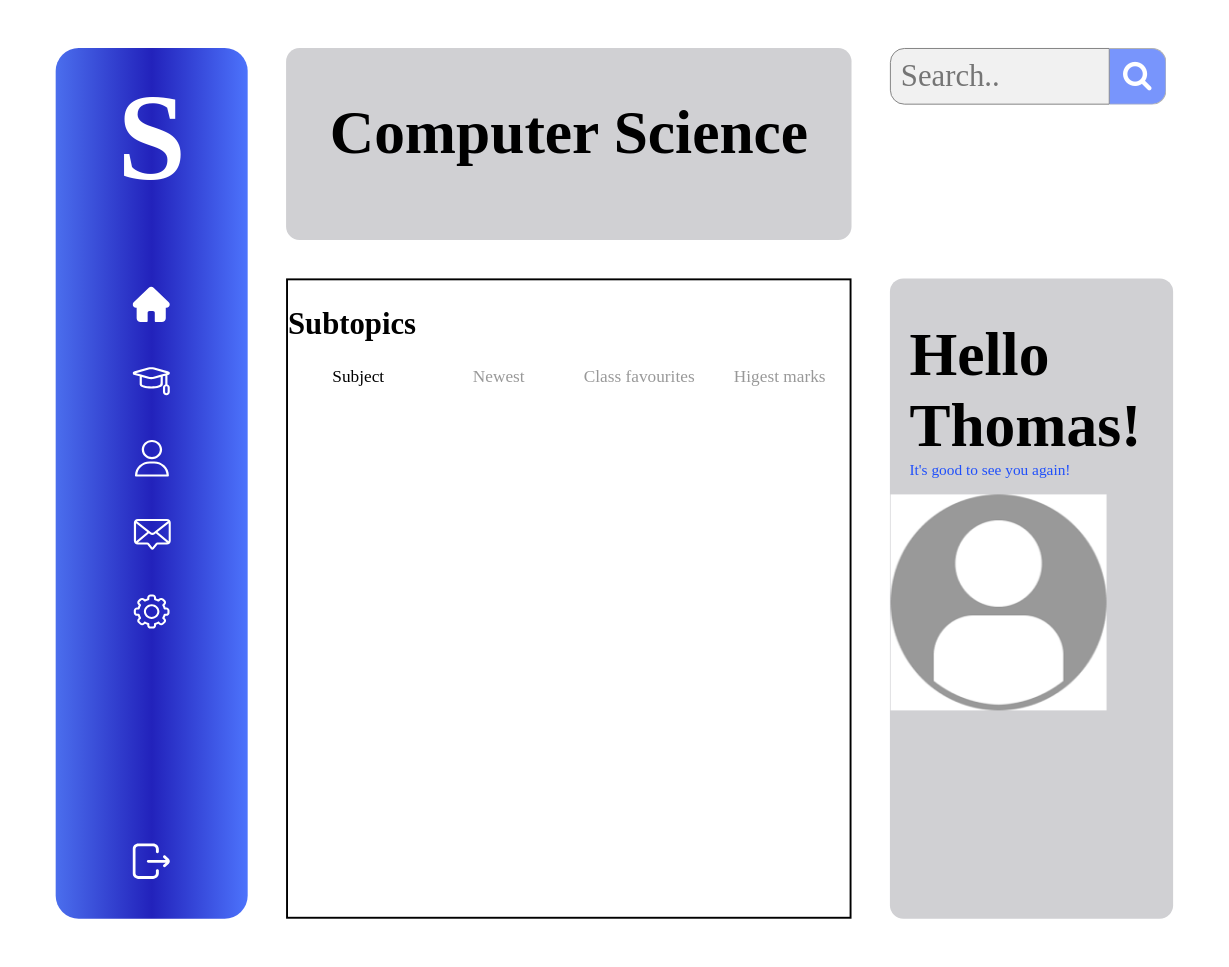
Repository: rafalzacher1/smartify-interface
Page: topics.html
An editor plug-in stored every save of this project. The page is shown before and after a run of saves, followed by the edit.
The browser window is 1280 px wide. The pictures show the whole page, at 96% of full size.
Some web fonts or font styles are not loaded; a fallback is used.

Above is the page before, as saved 2022-06-30 17:50:59.

### topics.html
<!DOCTYPE html>
<html lang="en">

<head>
    <link rel="stylesheet" href="./styles/home.css">
    <link rel="stylesheet" href="./styles/navigation.css">
    <link rel="stylesheet" href="./styles/search.css">
    <link rel="stylesheet" href="./styles/topics.css">
    <link rel="stylesheet" href="./styles/topic-header.css">
    <link rel="stylesheet" href="./styles/topic-teacher.css">
    <link rel="stylesheet" href="https://cdnjs.cloudflare.com/ajax/libs/font-awesome/4.7.0/css/font-awesome.min.css">
    <link href='https://fonts.googleapis.com/css?family=Baloo Bhai' rel='stylesheet'>
</head>

<body>
    <div id="main-container">
        <div id="navigation-container">
            <h1>S</h1>

            <nav id="navigation-options">
                <svg width="27" height="25" viewBox="0 0 27 25" fill="none" xmlns="http://www.w3.org/2000/svg" onclick="document.location='./index.html'">
                    <path
                        d="M25.5018 10.9867C25.5012 10.9862 25.5006 10.9856 25.5 10.985L14.8668 0.890976C14.4135 0.460518 13.8109 0.223389 13.17 0.223389C12.529 0.223389 11.9264 0.460329 11.473 0.890787L0.845318 10.9797C0.841738 10.9831 0.838158 10.9867 0.834579 10.9901C-0.0961545 11.8788 -0.0945635 13.3206 0.839153 14.207C1.26574 14.6122 1.82915 14.8469 2.43154 14.8714C2.456 14.8737 2.48066 14.8748 2.50552 14.8748H2.92932V22.3034C2.92932 23.7734 4.1892 24.9694 5.73803 24.9694H9.89809C10.3197 24.9694 10.6618 24.6449 10.6618 24.2444V18.4204C10.6618 17.7496 11.2365 17.204 11.9431 17.204H14.3968C15.1034 17.204 15.6782 17.7496 15.6782 18.4204V24.2444C15.6782 24.6449 16.02 24.9694 16.4419 24.9694H20.6019C22.1508 24.9694 23.4106 23.7734 23.4106 22.3034V14.8748H23.8036C24.4444 14.8748 25.047 14.6379 25.5006 14.2074C26.4353 13.3195 26.4357 11.8752 25.5018 10.9867V10.9867Z"
                        fill="white" />
                </svg>

                <svg width="29" height="22" viewBox="0 0 29 22" fill="none" xmlns="http://www.w3.org/2000/svg">
                    <path
                        d="M26.4228 13.5237V6.40629L26.734 6.31764C27.9305 5.97676 28.1816 5.39965 28.1816 4.97552C28.1816 4.55139 27.9304 3.97428 26.734 3.63356L16.4958 0.717713C15.8653 0.538127 15.0388 0.43924 14.1689 0.43924C13.299 0.43924 12.4726 0.538127 11.8419 0.717713L1.60382 3.63356C0.407257 3.97428 0.156067 4.55139 0.156067 4.97557C0.156067 5.3997 0.407202 5.97686 1.60376 6.31769L5.43281 7.4082V13.2841C5.43281 14.0138 5.93239 15.0416 8.31243 15.7947C9.88887 16.2936 11.9687 16.5683 14.1688 16.5683C16.3689 16.5683 18.4487 16.2936 20.0252 15.7947C22.4053 15.0415 22.9049 14.0138 22.9049 13.2841V7.40825L24.7806 6.87402V13.5237C23.7595 13.8501 23.0217 14.767 23.0217 15.8451V19.1846C23.0217 20.5351 24.179 21.6338 25.6017 21.6338C27.0242 21.6338 28.1816 20.5351 28.1816 19.1846V15.8451C28.1817 14.767 27.4439 13.8501 26.4228 13.5237ZM12.3137 2.21089C12.7886 2.07563 13.4647 1.9981 14.1689 1.9981C14.873 1.9981 15.5492 2.07563 16.024 2.21084L25.7315 4.97557L21.8438 6.08282C21.8416 6.08349 21.8394 6.08406 21.8372 6.08474L16.024 7.74036C15.5493 7.87556 14.8731 7.95309 14.169 7.95309C13.4649 7.95309 12.7886 7.87556 12.3138 7.74036L6.50073 6.08474C6.49849 6.08406 6.4963 6.08349 6.49405 6.08282L2.60639 4.97557L12.3137 2.21089ZM21.2629 11.2372C21.2629 13.3846 20.9647 13.8541 19.506 14.3157C18.0926 14.763 16.1971 15.0093 14.1689 15.0093C12.1406 15.0093 10.2452 14.763 8.83178 14.3157C7.37313 13.8541 7.07493 13.3845 7.07493 13.2841V7.87582L11.842 9.23348C12.4726 9.41307 13.299 9.51196 14.1689 9.51196C15.0388 9.51196 15.8652 9.41307 16.4959 9.23348L21.2629 7.87582V11.2372ZM26.5395 19.1845C26.5395 19.6754 26.1188 20.0748 25.6017 20.0748C25.0846 20.0748 24.6639 19.6755 24.6639 19.1845V15.845C24.6639 15.3541 25.0846 14.9546 25.6017 14.9546C26.1189 14.9546 26.5395 15.3541 26.5395 15.845V19.1845Z"
                        fill="white" />
                </svg>

                <svg width="24" height="26" viewBox="0 0 24 26" fill="none" xmlns="http://www.w3.org/2000/svg">
                    <path
                        d="M12.1698 0.827911C8.37379 0.827911 5.28546 3.75975 5.28546 7.36343C5.28546 10.9671 8.37379 13.899 12.1698 13.899C15.9659 13.899 19.0542 10.9671 19.0542 7.36343C19.0542 3.75975 15.9659 0.827911 12.1698 0.827911ZM12.1698 12.4466C9.21735 12.4466 6.81532 10.1663 6.81532 7.36343C6.81532 4.56057 9.21735 2.28025 12.1698 2.28025C15.1223 2.28025 17.5243 4.56057 17.5243 7.36343C17.5243 10.1663 15.1223 12.4466 12.1698 12.4466Z"
                        fill="white" />
                    <path
                        d="M20.7353 18.1686C18.8505 16.3518 16.3519 15.3513 13.6997 15.3513H10.64C7.98784 15.3513 5.48917 16.3518 3.60439 18.1686C1.72883 19.9765 0.695923 22.3628 0.695923 24.8883C0.695923 25.2894 1.03841 25.6145 1.46085 25.6145H22.8789C23.3013 25.6145 23.6438 25.2894 23.6438 24.8883C23.6438 22.3628 22.6109 19.9765 20.7353 18.1686ZM2.25944 24.1621C2.64267 20.043 6.25497 16.8036 10.64 16.8036H13.6997C18.0848 16.8036 21.6971 20.043 22.0803 24.1621H2.25944Z"
                        fill="white" />
                </svg>


                <svg width="27" height="23" viewBox="0 0 27 23" fill="none" xmlns="http://www.w3.org/2000/svg">
                    <path
                        d="M24.1913 0.381134H3.77551C2.23533 0.381134 0.9823 1.57067 0.9823 3.0328V15.7608C0.9823 17.223 2.23533 18.4125 3.77551 18.4125H10.353C10.4332 18.4125 10.5096 18.4491 10.5573 18.5105L12.957 21.5991C13.1975 21.9087 13.5678 22.0872 13.9729 22.089H13.979C14.3819 22.089 14.7514 21.9139 14.9937 21.608L17.4479 18.5087C17.4956 18.4484 17.5715 18.4124 17.6509 18.4124H24.1913C25.7315 18.4124 26.9845 17.2229 26.9845 15.7608V3.03276C26.9845 1.57063 25.7315 0.381134 24.1913 0.381134ZM25.4609 15.7608C25.4609 15.8747 25.4439 15.9848 25.4127 16.0892L17.5863 9.57636L25.4609 3.37251V15.7608ZM24.1913 1.8275C24.4235 1.8275 24.6413 1.88728 24.8287 1.99108L14.7964 9.8948C14.3265 10.265 13.6446 10.265 13.1747 9.8948L3.14064 1.98969C3.32753 1.88675 3.54433 1.8275 3.77551 1.8275H24.1913ZM2.55416 16.0892C2.52293 15.9848 2.50587 15.8747 2.50587 15.7608V3.36913L10.3826 9.57457L2.55416 16.0892ZM16.2301 17.6396L13.9808 20.4801L11.7834 17.6519C11.4498 17.2225 10.915 16.9661 10.3529 16.9661H3.81172L11.5698 10.5099L12.2017 11.0078C12.7186 11.415 13.3519 11.6185 13.9855 11.6185C14.6189 11.6185 15.2525 11.4148 15.7693 11.0078L16.399 10.5117L24.155 16.9661H17.6509C17.0952 16.9661 16.5641 17.2178 16.2301 17.6396Z"
                        fill="white" />
                </svg>

                <svg width="28" height="25" viewBox="0 0 28 25" fill="none" xmlns="http://www.w3.org/2000/svg">
                    <path
                        d="M14.8013 24.9227H13.1654C11.8422 24.9227 10.7657 23.9008 10.7657 22.6447V22.1193C10.2032 21.9486 9.65665 21.7333 9.13159 21.4753L8.73937 21.8477C7.7894 22.7506 6.2677 22.7241 5.34533 21.8473L4.18907 20.7497C3.26507 19.8735 3.23849 18.4294 4.18937 17.5277L4.58129 17.1556C4.30958 16.6571 4.08276 16.1384 3.90299 15.6043H3.34958C2.02648 15.6043 0.949951 14.5823 0.949951 13.3262V11.7731C0.949951 10.517 2.02648 9.4951 3.34963 9.4951H3.90304C4.08281 8.96103 4.30963 8.44223 4.58134 7.94378L4.18912 7.57148C3.2388 6.67028 3.26502 5.22602 4.18942 4.34942L5.34579 3.2517C6.2703 2.37283 7.79164 2.35089 8.73978 3.25199L9.13165 3.624C9.6567 3.3661 10.2032 3.15073 10.7658 2.98007V2.4547C10.7658 1.1986 11.8422 0.176666 13.1654 0.176666H14.8014C16.1245 0.176666 17.201 1.1986 17.201 2.4547V2.98012C17.7636 3.15073 18.3101 3.3661 18.8351 3.62405L19.2274 3.2517C20.1773 2.34876 21.699 2.37525 22.6214 3.25204L23.7777 4.34966C24.7017 5.22587 24.7283 6.66999 23.7774 7.57172L23.3854 7.94378C23.6572 8.44223 23.884 8.96098 24.0637 9.4951H24.6172C25.9403 9.4951 27.0168 10.517 27.0168 11.7731V13.3262C27.0168 14.5823 25.9403 15.6043 24.6172 15.6043H24.0637C23.884 16.1383 23.6572 16.6571 23.3854 17.1556L23.7777 17.5279C24.728 18.4291 24.7018 19.8734 23.7774 20.75L22.621 21.8477C21.6965 22.7266 20.1751 22.7485 19.227 21.8474L18.8351 21.4754C18.3101 21.7333 17.7636 21.9487 17.201 22.1193V22.6448C17.201 23.9008 16.1245 24.9227 14.8013 24.9227V24.9227ZM9.38692 19.9527C10.1163 20.3622 10.9014 20.6716 11.7203 20.8722C12.0575 20.9548 12.2931 21.2436 12.2931 21.5742V22.6447C12.2931 23.1013 12.6845 23.4727 13.1654 23.4727H14.8014C15.2824 23.4727 15.6737 23.1013 15.6737 22.6447V21.5742C15.6737 21.2436 15.9093 20.9548 16.2466 20.8722C17.0655 20.6716 17.8505 20.3622 18.5799 19.9527C18.8801 19.7842 19.2621 19.8301 19.5087 20.0641L20.3074 20.8224C20.6518 21.1497 21.2048 21.1421 21.5407 20.8227L22.6978 19.7243C23.0329 19.4066 23.0441 18.8815 22.6981 18.5535L21.899 17.7949C21.6525 17.5609 21.6042 17.1981 21.7817 16.9133C22.213 16.2208 22.5389 15.4756 22.7502 14.6981C22.8373 14.378 23.1414 14.1544 23.4897 14.1544H24.6172C25.0982 14.1544 25.4895 13.7829 25.4895 13.3263V11.7732C25.4895 11.3166 25.0982 10.9451 24.6172 10.9451H23.4897C23.1414 10.9451 22.8373 10.7214 22.7502 10.4013C22.5389 9.6239 22.213 8.87862 21.7817 8.18622C21.6042 7.90135 21.6525 7.53857 21.899 7.30454L22.6978 6.54626C23.0431 6.21886 23.0341 5.69397 22.6981 5.37541L21.5411 4.27707C21.2058 3.95827 20.6527 3.94894 20.3078 4.27678L19.5088 5.03535C19.2622 5.26942 18.88 5.31524 18.58 5.14675C17.8506 4.73724 17.0655 4.42786 16.2466 4.22724C15.9094 4.14464 15.6738 3.8559 15.6738 3.52526V2.4547C15.6738 1.99811 15.2824 1.62663 14.8014 1.62663H13.1655C12.6845 1.62663 12.2932 1.99811 12.2932 2.4547V3.52516C12.2932 3.8558 12.0576 4.14454 11.7203 4.22714C10.9014 4.42777 10.1164 4.73714 9.38697 5.14666C9.08679 5.3151 8.7047 5.26928 8.45818 5.03525L7.65948 4.27697C7.31511 3.94966 6.76205 3.95725 6.42619 4.27663L5.26911 5.37503C4.93401 5.69276 4.92281 6.21779 5.26881 6.54587L6.06787 7.30445C6.31438 7.53847 6.36265 7.90125 6.18522 8.18612C5.75385 8.87852 5.42801 9.62381 5.21667 10.4012C5.12961 10.7214 4.82547 10.945 4.47723 10.945H3.34963C2.86867 10.9451 2.47731 11.3165 2.47731 11.7731V13.3262C2.47731 13.7828 2.86867 14.1543 3.34963 14.1543H4.47718C4.82547 14.1543 5.12956 14.378 5.21662 14.6981C5.42796 15.4755 5.75385 16.2208 6.18517 16.9132C6.3626 17.1981 6.31433 17.5609 6.06782 17.7949L5.26906 18.5532C4.92378 18.8806 4.93279 19.4055 5.26876 19.724L6.42573 20.8224C6.76109 21.1412 7.31419 21.1505 7.65907 20.8226L8.45808 20.0641C8.63974 19.8917 9.01765 19.7454 9.38692 19.9527V19.9527Z"
                        fill="white" />
                    <path
                        d="M13.9834 17.9339C10.856 17.9339 8.31177 15.5185 8.31177 12.5497C8.31177 9.58082 10.856 7.16547 13.9834 7.16547C17.1107 7.16547 19.6549 9.58082 19.6549 12.5497C19.6549 15.5185 17.1107 17.9339 13.9834 17.9339ZM13.9834 8.61543C11.6982 8.61543 9.83912 10.3803 9.83912 12.5497C9.83912 14.719 11.6982 16.4839 13.9834 16.4839C16.2685 16.4839 18.1276 14.719 18.1276 12.5497C18.1276 10.3803 16.2685 8.61543 13.9834 8.61543Z"
                        fill="white" />
                </svg>


                <svg id="logout" width="27" height="26" viewBox="0 0 27 26" fill="none"
                    xmlns="http://www.w3.org/2000/svg">
                    <path
                        d="M18.5379 19.6672V21.6084C18.5379 23.7492 16.7034 25.4907 14.4484 25.4907H4.1734C1.91837 25.4907 0.0838623 23.7492 0.0838623 21.6084V4.52618C0.0838623 2.38541 1.91837 0.64386 4.1734 0.64386H14.4484C16.7034 0.64386 18.5379 2.38541 18.5379 4.52618V6.46734C18.5379 7.00343 18.0802 7.43792 17.5155 7.43792C16.9508 7.43792 16.4932 7.00343 16.4932 6.46734V4.52618C16.4932 3.45589 15.5758 2.58502 14.4484 2.58502H4.1734C3.04598 2.58502 2.12863 3.45589 2.12863 4.52618V21.6084C2.12863 22.6787 3.04598 23.5495 4.1734 23.5495H14.4484C15.5758 23.5495 16.4932 22.6787 16.4932 21.6084V19.6672C16.4932 19.1311 16.9508 18.6966 17.5155 18.6966C18.0802 18.6966 18.5379 19.1311 18.5379 19.6672ZM25.5083 11.4L23.2189 9.22667C22.8196 8.84753 22.1722 8.84753 21.773 9.22667C21.3736 9.60561 21.3736 10.2202 21.773 10.5991L23.4014 12.1452H11.1256C10.5609 12.1452 10.1032 12.5797 10.1032 13.1158C10.1032 13.6519 10.5609 14.0864 11.1256 14.0864H23.4014L21.773 15.6325C21.3736 16.0114 21.3736 16.626 21.773 17.005C21.9727 17.1945 22.2343 17.2893 22.4959 17.2893C22.7577 17.2893 23.0192 17.1945 23.2189 17.005L25.5083 14.8316C26.5049 13.8854 26.5049 12.3462 25.5083 11.4Z"
                        fill="white" />
                </svg>
            </nav>
        </div>

        <div id="search-container">
            <form class="example" action="/action_page.php" style="margin:auto;max-width:300px">
                <input type="text" placeholder="Search.." name="search2">
                <button type="submit"><i class="fa fa-search"></i></button>
            </form>
        </div>

        <div id="topic-header-container">
            <h1>Computer Science</h1>
        </div>

        <div id="topics-container">
            <div>
                <h2>Subtopics</h2>

                <div id="topic-options">
                    <button id="subject-option" class="topic-option" onclick="showSubjectTests()">Subject</button>
                    <button id="newest-option" class="topic-option" onclick="showNewstTests()"
                        style="opacity: 0.4;">Newest</button>
                    <button id="favourites-option" class="topic-option" onclick="showFavorites()"
                        style="opacity: 0.4;">Class favourites</button>
                    <button id="highest-marks-option" class="topic-option" onclick="showHighestMarks()"
                        style="opacity: 0.4;">Higest marks</button>
                </div>

            </div>
        </div>

        <div id="teacher-container">
            <div id="user-info">
                <h1>Hello Thomas!</h1>
                <p>It's good to see you again!</p>
            </div>

            <div id="user-pic">
                <img src="./img/user.png">
            </div>
        </div>
    </div>
</body>

<script src="./scripts/activeLinks.js">
</script>

</html>

### styles/home.css
#main-container {
    display: grid;
    grid-template-columns: 2fr 8fr 4fr;
    grid-template-rows: 200px 200px 200px;
    gap: 40px;
    margin: 50px;
}

### styles/navigation.css
#navigation-container {
  font-family: "Baloo Bhai";
  font-size: 26px;
  background: rgb(32, 80, 251);
  background: linear-gradient(
    90deg,
    rgba(30, 74, 233, 0.8) 0%,
    rgba(10, 10, 180, 0.9) 50%,
    rgba(32, 80, 251, 0.8) 100%
  );
  border-radius: 24px;
  width: 200px;
  height: 100%;
  text-align: center;
  display: inline-block;
  grid-column: 1;
  grid-row: 1 / 5;
}

#navigation-container h1 {
  font-family: "Baloo Bhai";
  font-size: 128px;
  color: #ffffff;
  margin: 0;
  padding-top: 20px;
  padding-bottom: 60px;
}

#navigation-options svg {
  margin-left: auto;
  margin-right: auto;
  display: block;
  padding: 20px;
  height: 40px;
  width: 40px;
}

#navigation-options svg:hover {
  opacity: 0.4;
  cursor: pointer;
}

#logout {
  margin-top: 180px;
  margin-bottom: 20px;
}

### styles/search.css
#search-container {
  grid-column: 3;
  grid-row: 1;
}

#search-container h2 {
  font-family: "Baloo Bhai";
  font-size: 16px;
}

form.example input[type="text"] {
  padding: 10px;
  font-size: 17px;
  border: 1px solid grey;
  float: left;
  width: 70%;
  background: #f1f1f1;
  border-radius: 15px 0 0 15px;
  font-family: "Baloo Bhai";
  font-size: 32px;
}

form.example button {
  float: left;
  width: 20%;
  padding: 10px;
  background: #2050fb;
  opacity: 0.6;
  color: white;
  font-size: 17px;
  border: 1px solid grey;
  border-left: none;
  cursor: pointer;
  border-radius: 0 15px 15px 0;
  font-family: "Baloo Bhai";
  font-size: 32px;
  box-sizing: border-box;
}

form.example button:hover {
  opacity: 1;
}

form.example::after {
  content: "";
  clear: both;
  display: table;
}

### styles/topics.css
#topics-container {
  grid-column: 2;
  grid-row: 2 / 5;
  border: solid 2px black;
}

#topics-container h2 {
  font-family: "Baloo Bhai";
  font-size: 32px;
}

#topic-options {
  display: flex;
  justify-content: space-between;
  font-family: "Baloo Bhai";
  font-size: 16px;
}

.topic-option,
input[type="submit"],
input[type="reset"] {
  background: none;
  color: inherit;
  border: none;
  padding: 0;
  font: inherit;
  cursor: pointer;
  outline: inherit;
  width: 30%;
  font-family: "Baloo Bhai";
  font-size: 18px;
}

### styles/topic-header.css
#topic-header-container {
  grid-column: 2;
  grid-row: 1;
  background-color: #d0d0d3;
  border-radius: 14px;
}

#topic-header-container h1 {
  font-family: "Baloo Bhai";
  font-size: 64px;
  margin: 51px 0;
  text-align: center;
}

### styles/topic-teacher.css
#teacher-container {
  grid-column: 3;
  grid-row: 2 / 5;
  background-color: #d0d0d3;
  border-radius: 14px;
}

#teacher-container h1 {
  font-family: "Baloo Bhai";
  font-size: 64px;
  margin-bottom: 0;
  padding-left: 20px;
}

#teacher-container p {
  color: #2050fb;
  font-family: "Baloo Bhai";
  font-size: 16px;
  margin-top: 0;
  padding-left: 20px;
}

#teacher img {
  border-radius: 50%;
}

### scripts/activeLinks.js
function showLearningHoursGraph() {
    document.getElementById("learning-hours-option").style.opacity = 1;
    document.getElementById("tests-option").style.opacity = 0.4;

    document.getElementById("learning-hours").style.display = "block";
    document.getElementById("tests").style.display = "none";
}

function showTestsGraph() {
    document.getElementById("learning-hours-option").style.opacity = 0.4;
    document.getElementById("tests-option").style.opacity = 1;

    document.getElementById("learning-hours").style.display = "none";
    document.getElementById("tests").style.display = "block";
}

function showSubjectTests() {
    document.getElementById("subject-option").style.opacity=1;

    document.getElementById("newest-option").style.opacity=0.4;
    document.getElementById("favourites-option").style.opacity=0.4;
    document.getElementById("highest-marks-option").style.opacity=0.4;
}

function showNewstTests() {
    document.getElementById("newest-option").style.opacity=1;

    document.getElementById("subject-option").style.opacity=0.4;
    document.getElementById("favourites-option").style.opacity=0.4;
    document.getElementById("highest-marks-option").style.opacity=0.4;
}

function showFavorites() {
    document.getElementById("favourites-option").style.opacity=1;

    document.getElementById("newest-option").style.opacity=0.4;
    document.getElementById("subject-option").style.opacity=0.4;
    document.getElementById("highest-marks-option").style.opacity=0.4;
}

function showHighestMarks() {
    document.getElementById("highest-marks-option").style.opacity=1;

    document.getElementById("newest-option").style.opacity=0.4;
    document.getElementById("favourites-option").style.opacity=0.4;
    document.getElementById("subject-option").style.opacity=0.4;
}

After the next 2 saves:
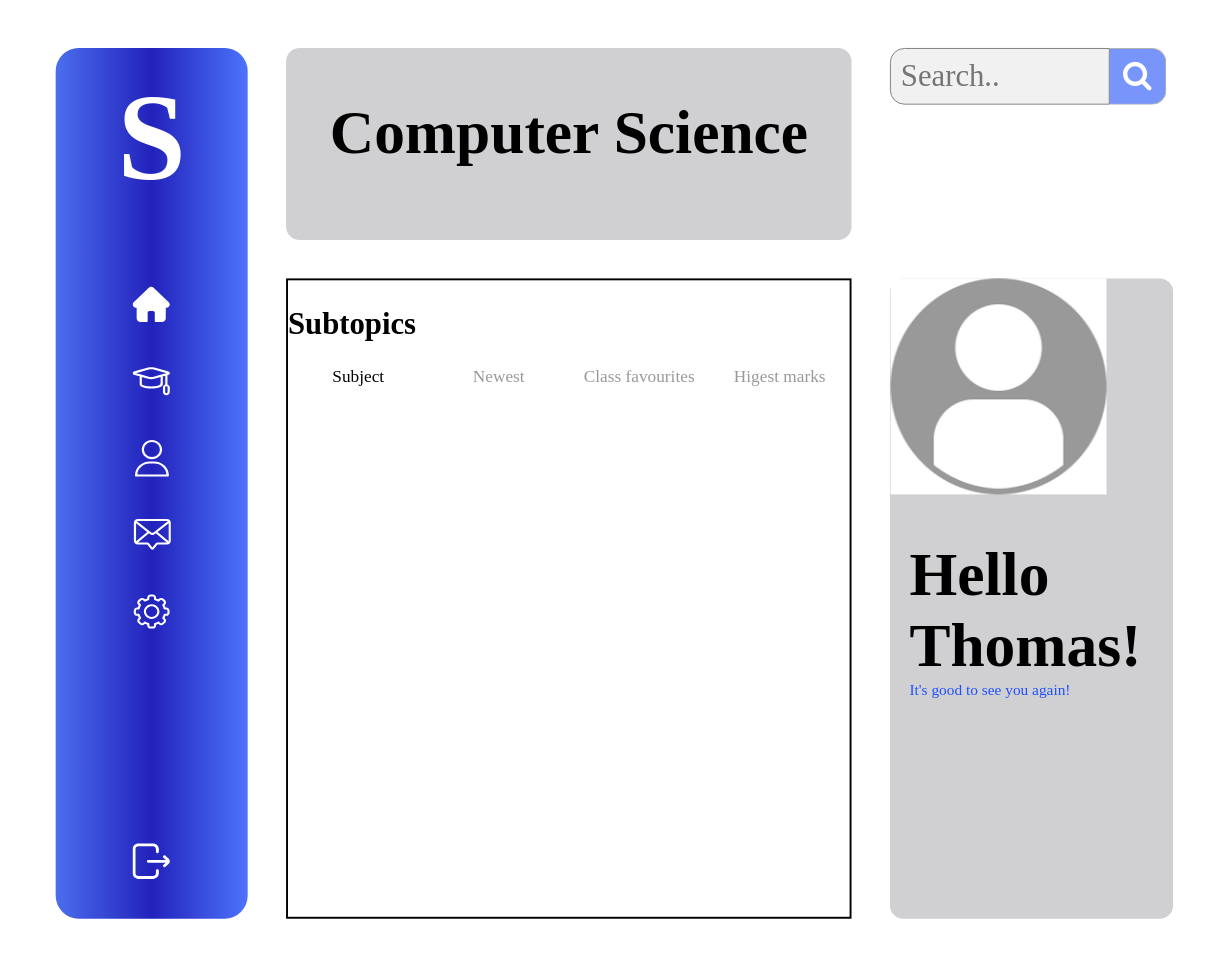
The 2 saves are shown as one change because they came seconds apart.
The last was saved 6 s later.
--- a/topics.html
+++ b/topics.html
@@ -94,13 +94,13 @@
         </div>
 
         <div id="teacher-container">
+            <div id="user-pic">
+                <img src="./img/user.png">
+            </div>
+
             <div id="user-info">
                 <h1>Hello Thomas!</h1>
                 <p>It's good to see you again!</p>
-            </div>
-
-            <div id="user-pic">
-                <img src="./img/user.png">
             </div>
         </div>
     </div>
